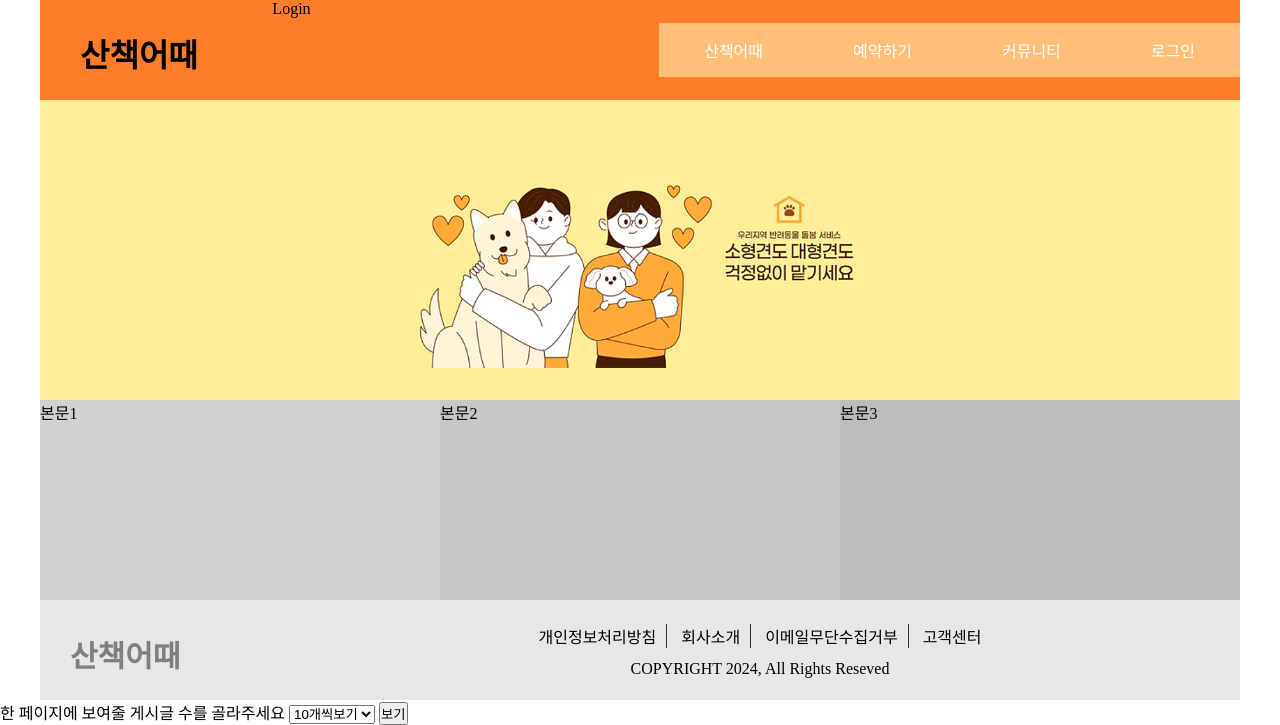
Repository: to-flatwhite1/portfolio
Page: http://localhost/JSP/
The author's editor kept a copy of each file at every save. The page is drawn from the files as they stood at one save, then again after the next save.
The browser window is 1280 px wide. The pictures show the whole page.
The page is served by Tomcat 9.

Above is the page before, as saved 2024-07-10 09:29:00.

After the next save:
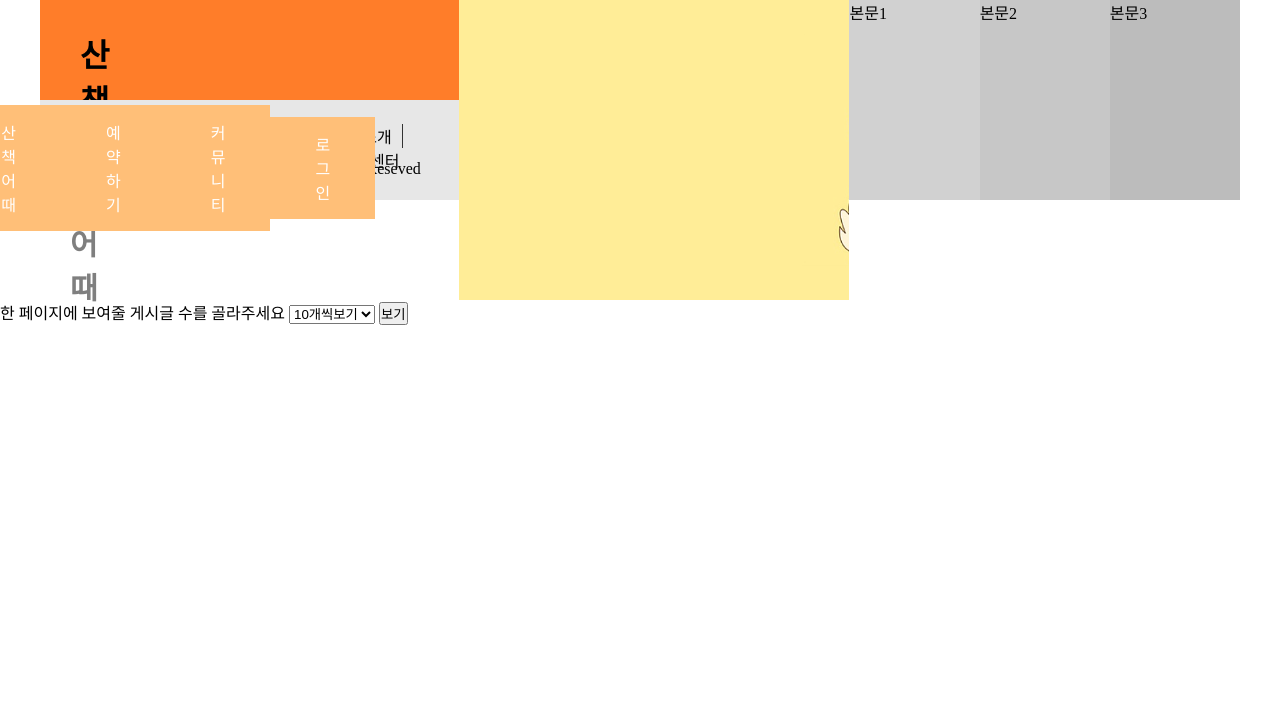
Saved 3 min 0 s later.
--- a/JSP/src/main/webapp/index.css
+++ b/JSP/src/main/webapp/index.css
@@ -26,12 +26,14 @@ li {
     display:grid;
     margin: 0 auto;
     position: relative;
+    grid-template-columns: repeat(3,1fr);
+    grid-template-rows: repeat(3,100px);
 }
 
 /* header */
 #header {
     width: 100%;
-    display: flex;
+
     background-color: #FF7D29;
 }
 #header .logo {
